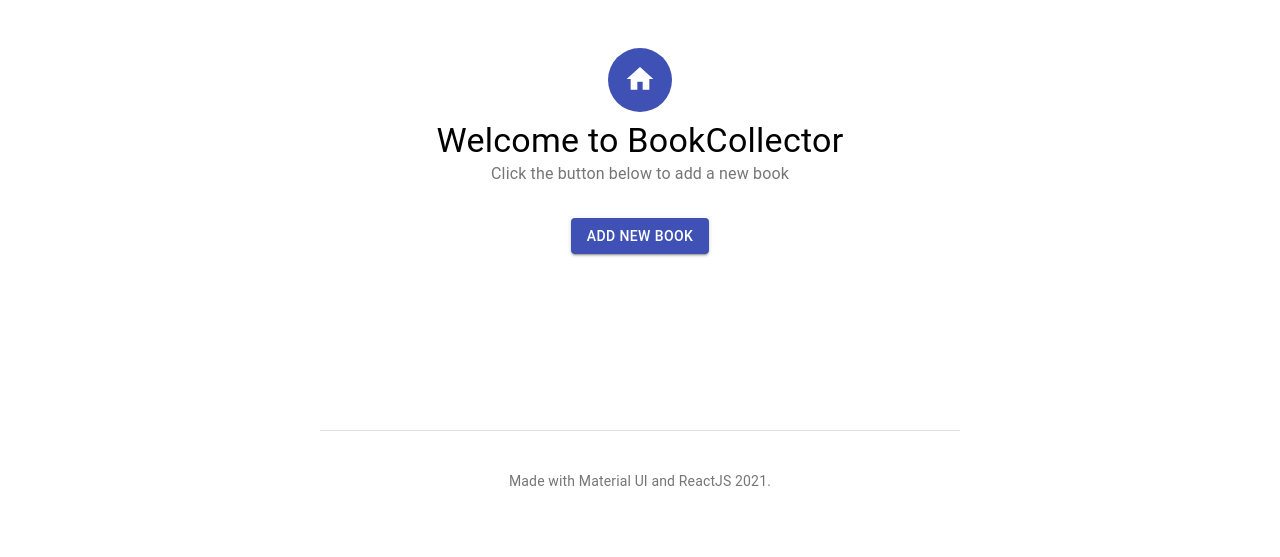
Repository: Colo-Codes/mini-project-react-book-collector
Page: /
An editor plug-in stored every save of this project. The page is shown before and after the next save, followed by the edit.
The browser window is 1280 px wide. The pictures show the whole page.
The project was rebuilt for these pictures with package versions that can differ from the ones it lists, and the page was loaded fresh each time. Also part of the build but not shown: src/Books/AddBookForm.js, src/Books/BooksGridItem.js.

Above is the page before, as saved 2021-08-25 14:18:46.

After the next save:
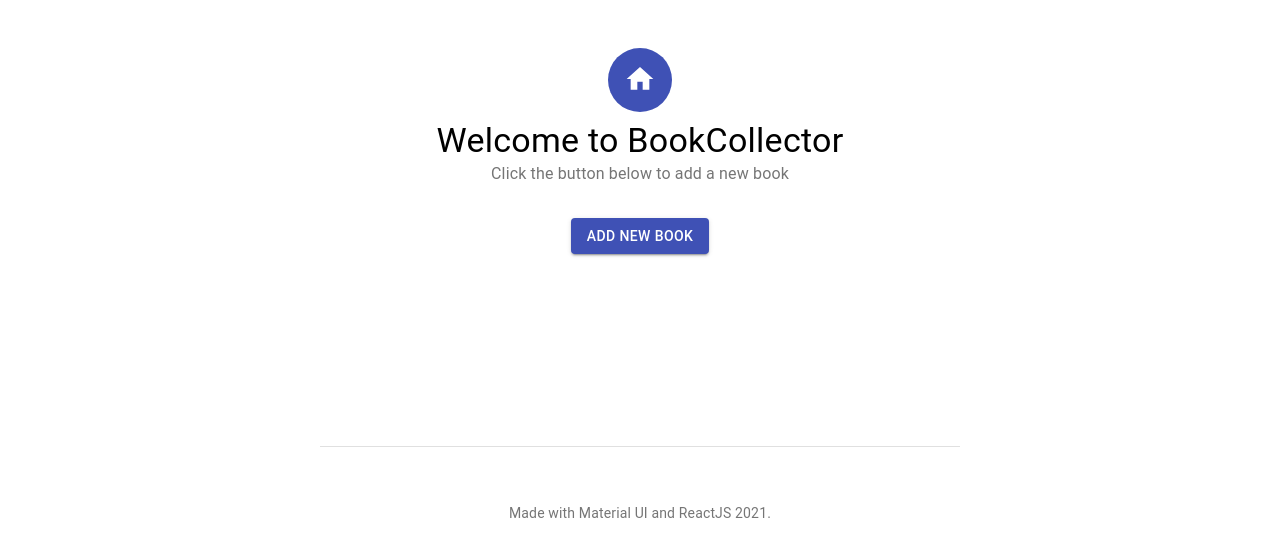
Saved 9 s later.
--- a/src/App.js
+++ b/src/App.js
@@ -29,7 +29,7 @@ const useStyles = makeStyles(theme => ({
   },
   divider: {
     width: '50%',
-    margin: 'auto'
+    margin: '1rem auto',
   }
 }));
 
